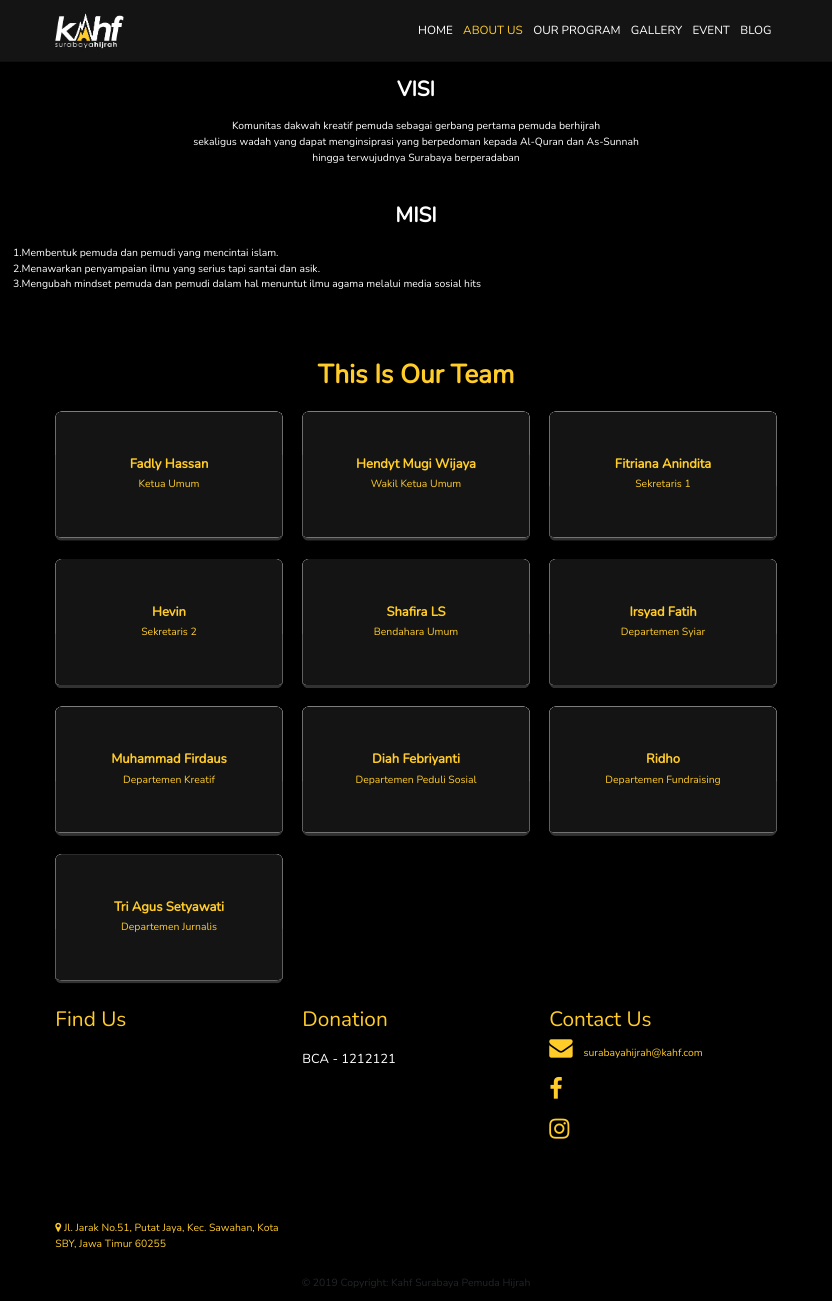
Repository: shandytp/surabaya-hijrah
Page: http://localhost/about.php
An editor plug-in stored every save of this project. The page is shown before and after the next save, followed by the edit.
The browser window is 1280 px wide. The pictures show the whole page, at 65% of full size.
Pictures or frames that could not be fetched are drawn as grey boxes. Some web libraries are served in a nearby version. The page is run by PHP 8.4 with error messages shown; the project is at /var/www/html/.

Above is the page before, as saved 2019-08-20 14:26:16.
Console error: TypeError: Cannot read properties of undefined (reading 'fn')

### about.php
<!-- Tim IT Surabaya Hijrah
- Wisnu Aria Y (Project Leader & Front End Developer)
- Moch Shandy Tsalasa Putra (Front End Developer)
- Aryo Budilaksono (Back End Developer)
- Kelvin Adji Pangestu (Back End Developer)
-->

<!DOCTYPE html>
<html lang="en">
<head>
    <meta charset="UTF-8">
    <meta name="author" content="Wisnu Aria Y,Moch Shandy Tsalasa Putra">
    <meta name="viewport" content="width=device-width, initial-scale=1.0">
    <meta http-equiv="X-UA-Compatible" content="ie=edge">
    <!-- Favicon -->

    <link rel="shortcut icon" href="pictures/kahf.png" type="image/x-icon">
    <link rel="icon" href="pictures/favicon.ico" type="image/x-icon">

    <!-- Source CDN (Content Delivery Network) -->

    <!-- Navbar Bootstrap -->
    <link rel="stylesheet" href="https://maxcdn.bootstrapcdn.com/bootstrap/4.0.0-beta/css/bootstrap.min.css" integrity="sha384-/Y6pD6FV/Vv2HJnA6t+vslU6fwYXjCFtcEpHbNJ0lyAFsXTsjBbfaDjzALeQsN6M" crossorigin="anonymous">
    <script src="//maxcdn.bootstrapcdn.com/bootstrap/4.0.0/js/bootstrap.min.js"></script>
    <script src="//code.jquery.com/jquery-1.11.1.min.js"></script>

    <!-- Icon-icon -->
    <link rel="stylesheet" href="https://stackpath.bootstrapcdn.com/font-awesome/4.7.0/css/font-awesome.min.css">

    <!-- About Us -->


    <!-- Main CSS -->
    <link rel="stylesheet" href="css/main.css">

    <!-- Title -->
    <title>About Us</title>
</head>
<body>
    <!-- Navbar -->
<header>
       <nav class="navbar navbar-expand-lg navbar-light bg-dark text-light py-3 main-nav">
          <div class="container">
            <a class="navbar-brand " href="index.php"><img src="pictures/kahflogo.png" width="105" height="52.5" alt="Kahf Logo"></a>
              <button class="navbar-toggler" type="button" data-toggle="collapse" data-target="#navbarSupportedContent" aria-controls="navbarSupportedContent" aria-expanded="false" aria-label="Toggle navigation">
                <span class="navbar-toggler-icon"></span>
              </button>

              <div class="collapse navbar-collapse " id="navbarSupportedContent">
                <ul class="navbar-nav ml-auto">
                <!-- Active itu buat halaman yang sedang dikunjungi -->
                  <li class="nav-item ">
                    <a class="nav-link link-3" href="index.php">Home <span class="sr-only">(current)</span></a>
                  </li>
                  <li class="nav-item active">
                    <a class="nav-link  link-3" href="about.php">About Us</a>
                  </li>
                  <li class="nav-item ">
                    <a class="nav-link link-3" href="ourprogram.php">Our Program</a>
                  </li>
                  <li class="nav-item">
                    <a class="nav-link link-3" href="gallery.php">Gallery</a>
                  </li>
                  <li class="nav-item">
                    <a class="nav-link link-3" href="event.php">Event</a>
                  </li>
                  <li class="nav-item">
                    <a class="nav-link link-3" href="blog.php">Blog</a>
                  </li>
                </ul>
              </div>
          </div>
        </nav>
    </header>

    <!-- Optional JavaScript -->
    <!-- jQuery first, then Popper.js, then Bootstrap JS -->
    <script src="https://code.jquery.com/jquery-3.2.1.slim.min.js" integrity="sha384-KJ3o2DKtIkvYIK3UENzmM7KCkRr/rE9/Qpg6aAZGJwFDMVNA/GpGFF93hXpG5KkN" crossorigin="anonymous"></script>
    <script src="https://cdnjs.cloudflare.com/ajax/libs/popper.js/1.11.0/umd/popper.min.js" integrity="sha384-b/U6ypiBEHpOf/4+1nzFpr53nxSS+GLCkfwBdFNTxtclqqenISfwAzpKaMNFNmj4" crossorigin="anonymous"></script>
    <script src="https://maxcdn.bootstrapcdn.com/bootstrap/4.0.0-beta/js/bootstrap.min.js" integrity="sha384-h0AbiXch4ZDo7tp9hKZ4TsHbi047NrKGLO3SEJAg45jXxnGIfYzk4Si90RDIqNm1" crossorigin="anonymous"></script>

    <script src="js/navbar.js"></script>


    <!-- About Us -->
  <br>
  <h2 class="text-center" style="color:white"><strong>VISI</strong></h2>
  <div class="visi">
  <p class="text-center" style="color:white" >Komunitas dakwah kreatif pemuda sebagai gerbang pertama pemuda berhijrah
    <br> sekaligus wadah yang dapat menginsiprasi yang berpedoman kepada Al-Quran dan As-Sunnah
    <br> hingga terwujudnya Surabaya berperadaban</p>
</div>

<br>
  <h2 class="text-center" style="color:white"><strong>MISI</strong></h2>
  <div class="visi">
  <p class="text-left" style="color:white" >1.Membentuk pemuda dan pemudi yang mencintai islam.
    <br> 2.Menawarkan penyampaian ilmu yang serius tapi santai dan asik.
    <br> 3.Mengubah mindset pemuda dan pemudi dalam hal menuntut ilmu agama melalui media sosial hits</p>
</div>


  <br/>
  <div class="container">
    <h1 class="text-center">This Is Our Team</h1>
  <div class="row">

  <!--team-1-->
  <div class="col-lg-4">
  <div class="our-team-main">

  <div class="team-front">
  <h3>Fadly Hassan</h3>
  <p>Ketua Umum</p>
  </div>

  <div class="team-back">
  <span class="back-content">
  Dhif jalok tolong ojok dadi wibu koyok tepe

  </span>
    <div class="text-center">
    <!-- just add href= for your links, like this: -->
    <a href="http://facebook.com" class="btn btn-social-icon btn-facebook">
    <i class="fa fa-facebook"></i></a>
    <a href="http://instagram.com" class="btn btn-social-icon btn-instagram"><i class="fa fa-instagram"></i></a>
    <a class="btn btn-social-icon btn-linkedin"><i class="fa fa-linkedin"></i></a>

    <a class="btn btn-social-icon btn-twitter"><i class="fa fa-twitter"></i></a>

  </div>
  </div>

  </div>
  </div>
  <!--team-1-->

 <div class="col-lg-4">
  <div class="our-team-main">

  <div class="team-front">
  <h3>Hendyt Mugi Wijaya</h3>
  <p>Wakil Ketua Umum</p>
  </div>

  <div class="team-back">
  <span class="back-content">
  pengen vapor

  </span>
    <div class="text-center">
    <!-- just add href= for your links, like this: -->
    <a href="http://facebook.com" class="btn btn-social-icon btn-facebook">
    <i class="fa fa-facebook"></i></a>
    <a href="http://instagram.com" class="btn btn-social-icon btn-instagram"><i class="fa fa-instagram"></i></a>
    <a class="btn btn-social-icon btn-linkedin"><i class="fa fa-linkedin"></i></a>

    <a class="btn btn-social-icon btn-twitter"><i class="fa fa-twitter"></i></a>

  </div>
  </div>

  </div>
  </div>


  <!--team-1-->
  <div class="col-lg-4">
  <div class="our-team-main">

  <div class="team-front">
  <h3>Fitriana Anindita</h3>
  <p>Sekretaris 1</p>
  </div>

  <div class="team-back">
  <span>
  Lorem ipsum dolor sit amet, consectetuer adipiscing elit. Aenean commodo ligula eget dolor. Aenean massa. Cum sociis
  </span>
     <div class="text-center">
    <!-- just add href= for your links, like this: -->
    <a href="http://facebook.com" class="btn btn-social-icon btn-facebook">
    <i class="fa fa-facebook"></i></a>

    <a class="btn btn-social-icon btn-github"><i class="fa fa-github"></i></a>
    <a class="btn btn-social-icon btn-google-plus"><i class="fa fa-google-plus"></i></a>
    <a class="btn btn-social-icon btn-instagram"><i class="fa fa-instagram"></i></a>
    <a class="btn btn-social-icon btn-linkedin"><i class="fa fa-linkedin"></i></a>

    <a class="btn btn-social-icon btn-twitter"><i class="fa fa-twitter"></i></a>

  </div>
  </div>

  </div>
  </div>

  <!--team-1-->
  <div class="col-lg-4">
  <div class="our-team-main">

  <div class="team-front">
  <h3>Hevin</h3>
  <p>Sekretaris 2</p>
  </div>

  <div class="team-back">
  <span>
  Lorem ipsum dolor sit amet, consectetuer adipiscing elit. Aenean commodo ligula eget dolor. Aenean massa. Cum sociis
  </span>
     <div class="text-center">
    <!-- just add href= for your links, like this: -->
    <a href="http://facebook.com" class="btn btn-social-icon btn-facebook">
    <i class="fa fa-facebook"></i></a>

    <a class="btn btn-social-icon btn-github"><i class="fa fa-github"></i></a>
    <a class="btn btn-social-icon btn-google-plus"><i class="fa fa-google-plus"></i></a>
    <a class="btn btn-social-icon btn-instagram"><i class="fa fa-instagram"></i></a>
    <a class="btn btn-social-icon btn-linkedin"><i class="fa fa-linkedin"></i></a>

    <a class="btn btn-social-icon btn-twitter"><i class="fa fa-twitter"></i></a>

  </div>
  </div>

  </div>
  </div>

  <!--team-1-->
  <div class="col-lg-4">
  <div class="our-team-main">

  <div class="team-front">
  <h3>Shafira LS</h3>
  <p>Bendahara Umum</p>
  </div>

  <div class="team-back">
  <span>
  Lorem ipsum dolor sit amet, consectetuer adipiscing elit. Aenean commodo ligula eget dolor. Aenean massa. Cum sociis
  </span>
     <div class="text-center">
    <!-- just add href= for your links, like this: -->
    <a href="http://facebook.com" class="btn btn-social-icon btn-facebook">
    <i class="fa fa-facebook"></i></a>

    <a class="btn btn-social-icon btn-github"><i class="fa fa-github"></i></a>
    <a class="btn btn-social-icon btn-google-plus"><i class="fa fa-google-plus"></i></a>
    <a class="btn btn-social-icon btn-instagram"><i class="fa fa-instagram"></i></a>
    <a class="btn btn-social-icon btn-linkedin"><i class="fa fa-linkedin"></i></a>

    <a class="btn btn-social-icon btn-twitter"><i class="fa fa-twitter"></i></a>

  </div>
  </div>

  </div>
  </div>

  <!--team-1-->
  <div class="col-lg-4">
  <div class="our-team-main">

  <div class="team-front">
  <h3>Irsyad Fatih</h3>
  <p>Departemen Syiar</p>
  </div>

  <div class="team-back">
  <span>
  Lorem ipsum dolor sit amet, consectetuer adipiscing elit. Aenean commodo ligula eget dolor. Aenean massa. Cum sociis
  </span>
     <div class="text-center">
    <!-- just add href= for your links, like this: -->
    <a href="http://facebook.com" class="btn btn-social-icon btn-facebook">
    <i class="fa fa-facebook"></i></a>

    <a class="btn btn-social-icon btn-github"><i class="fa fa-github"></i></a>
    <a class="btn btn-social-icon btn-google-plus"><i class="fa fa-google-plus"></i></a>
    <a class="btn btn-social-icon btn-instagram"><i class="fa fa-instagram"></i></a>
    <a class="btn btn-social-icon btn-linkedin"><i class="fa fa-linkedin"></i></a>

    <a class="btn btn-social-icon btn-twitter"><i class="fa fa-twitter"></i></a>

  </div>
  </div>

  </div>
  </div>

  <!--team-1-->
  <div class="col-lg-4">
  <div class="our-team-main">

  <div class="team-front">
  <h3>Muhammad Firdaus</h3>
  <p>Departemen Kreatif</p>
  </div>

  <div class="team-back">
  <span>
  Lorem ipsum dolor sit amet, consectetuer adipiscing elit. Aenean commodo ligula eget dolor. Aenean massa. Cum sociis
  </span>
     <div class="text-center">
    <!-- just add href= for your links, like this: -->
    <a href="http://facebook.com" class="btn btn-social-icon btn-facebook">
    <i class="fa fa-facebook"></i></a>

    <a class="btn btn-social-icon btn-github"><i class="fa fa-github"></i></a>
    <a class="btn btn-social-icon btn-google-plus"><i class="fa fa-google-plus"></i></a>
    <a class="btn btn-social-icon btn-instagram"><i class="fa fa-instagram"></i></a>
    <a class="btn btn-social-icon btn-linkedin"><i class="fa fa-linkedin"></i></a>

    <a class="btn btn-social-icon btn-twitter"><i class="fa fa-twitter"></i></a>

  </div>
  </div>

  </div>
  </div>

  <!--team-1-->
  <div class="col-lg-4">
  <div class="our-team-main">

  <div class="team-front">
  <h3>Diah Febriyanti</h3>
  <p>Departemen Peduli Sosial</p>
  </div>

  <div class="team-back">
  <span>
  Lorem ipsum dolor sit amet, consectetuer adipiscing elit. Aenean commodo ligula eget dolor. Aenean massa. Cum sociis
  </span>
     <div class="text-center">
    <!-- just add href= for your links, like this: -->
    <a href="http://facebook.com" class="btn btn-social-icon btn-facebook">
    <i class="fa fa-facebook"></i></a>

    <a class="btn btn-social-icon btn-github"><i class="fa fa-github"></i></a>
    <a class="btn btn-social-icon btn-google-plus"><i class="fa fa-google-plus"></i></a>
    <a class="btn btn-social-icon btn-instagram"><i class="fa fa-instagram"></i></a>
    <a class="btn btn-social-icon btn-linkedin"><i class="fa fa-linkedin"></i></a>

    <a class="btn btn-social-icon btn-twitter"><i class="fa fa-twitter"></i></a>

  </div>
  </div>

  </div>
  </div>

  <!--team-1-->
  <div class="col-lg-4">
  <div class="our-team-main">

  <div class="team-front">
  <h3>Ridho</h3>
  <p>Departemen Fundraising</p>
  </div>

  <div class="team-back">
  <span>
  Lorem ipsum dolor sit amet, consectetuer adipiscing elit. Aenean commodo ligula eget dolor. Aenean massa. Cum sociis
  </span>
     <div class="text-center">
    <!-- just add href= for your links, like this: -->
    <a href="http://facebook.com" class="btn btn-social-icon btn-facebook">
    <i class="fa fa-facebook"></i></a>

    <a class="btn btn-social-icon btn-github"><i class="fa fa-github"></i></a>
    <a class="btn btn-social-icon btn-google-plus"><i class="fa fa-google-plus"></i></a>
    <a class="btn btn-social-icon btn-instagram"><i class="fa fa-instagram"></i></a>
    <a class="btn btn-social-icon btn-linkedin"><i class="fa fa-linkedin"></i></a>

    <a class="btn btn-social-icon btn-twitter"><i class="fa fa-twitter"></i></a>

  </div>
  </div>

  </div>
  </div>

  <!--team-1-->
  <div class="col-lg-4">
  <div class="our-team-main">

  <div class="team-front">
  <h3>Tri Agus Setyawati</h3>
  <p>Departemen Jurnalis</p>
  </div>

  <div class="team-back">
  <span>
  Lorem ipsum dolor sit amet, consectetuer adipiscing elit. Aenean commodo ligula eget dolor. Aenean massa. Cum sociis
  </span>
     <div class="text-center">
    <!-- just add href= for your links, like this: -->
    <a href="http://facebook.com" class="btn btn-social-icon btn-facebook">
    <i class="fa fa-facebook"></i></a>

    <a class="btn btn-social-icon btn-github"><i class="fa fa-github"></i></a>
    <a class="btn btn-social-icon btn-google-plus"><i class="fa fa-google-plus"></i></a>
    <a class="btn btn-social-icon btn-instagram"><i class="fa fa-instagram"></i></a>
    <a class="btn btn-social-icon btn-linkedin"><i class="fa fa-linkedin"></i></a>

    <a class="btn btn-social-icon btn-twitter"><i class="fa fa-twitter"></i></a>

  </div>
  </div>

  </div>
  </div>

</div>
<!--     row end -->
</div>
<!-- container end -->

<!-- Footer -->
<footer>
        <div class="container">
          <div class="row">
            <div class="col-md-8 col-sm-8">
              <div class="row footer-menu">
                <!-- Find Us Location -->
                <div class="col-md-6 col-xs-12">
                  <h2 class="footer">
                    Find Us
                  </h2>
                    <div class="embed-responsive embed-responsive-4by3">
                      <iframe src="https://www.google.com/maps/embed?pb=!1m18!1m12!1m3!1d3957.6525253721115!2d112.71829691354493!3d-7.2803191735654424!2m3!1f0!2f0!3f0!3m2!1i1024!2i768!4f13.1!3m3!1m2!1s0x2dd7fba2c2498407%3A0xcd27f60f463c0dfd!2sRuang+Harapan-Kahf+Surabaya+Hijrah!5e0!3m2!1sid!2sid!4v1565593698302!5m2!1sid!2sid" width="425" height="350" frameborder="0" style="border:0" allowfullscreen>
                      </iframe>
                    </div>
                    <a href="https://g.page/surabayahijrah?share"
                        target="_blank"><i class="fa fa-map-marker" aria-hidden="true"></i> Jl. Jarak No.51, Putat Jaya, Kec. Sawahan, Kota SBY, Jawa Timur 60255</a>
                </div>
                <div class="col-md-6 col-xs-12">
                  <h2 class="footer">Donation</h2>
                  <br>
                  <h5>BCA - 1212121</h5>
                </div>
              </div>
            </div>
            <div class="col-md-4 col-sm-4">
              <h2 class="footer">Contact Us</h2>
              <ul class="follow-us clearfix">
                  <li><a href="#"><i class="fa fa-envelope" aria-hidden="true" style="font-size:36px"></i>&nbsp;&nbsp;&nbsp;&nbsp;surabayahijrah@kahf.com</a><a href="#"></a></li>
                  <br>
                  <li><a href="#"><i class="fa fa-facebook" aria-hidden="true" style="font-size:36px"></i></a></li>
                  <br>
                  <li><a href="#"><i class="fa fa-instagram" aria-hidden="true" style="font-size:36px"></i></a></li>
            </ul>
            </div>
          </div>
        </div>

          <!-- Copyright -->
        <div class="footer-copyright text-center py-3">© 2019 Copyright: Kahf Surabaya Pemuda Hijrah</div>
  <!-- Copyright -->
</footer>
</body>
</html>

Loaded but not shown: js/navbar.js (11 lines, source omitted); css/main.css (470 lines, source omitted)

After the next save:
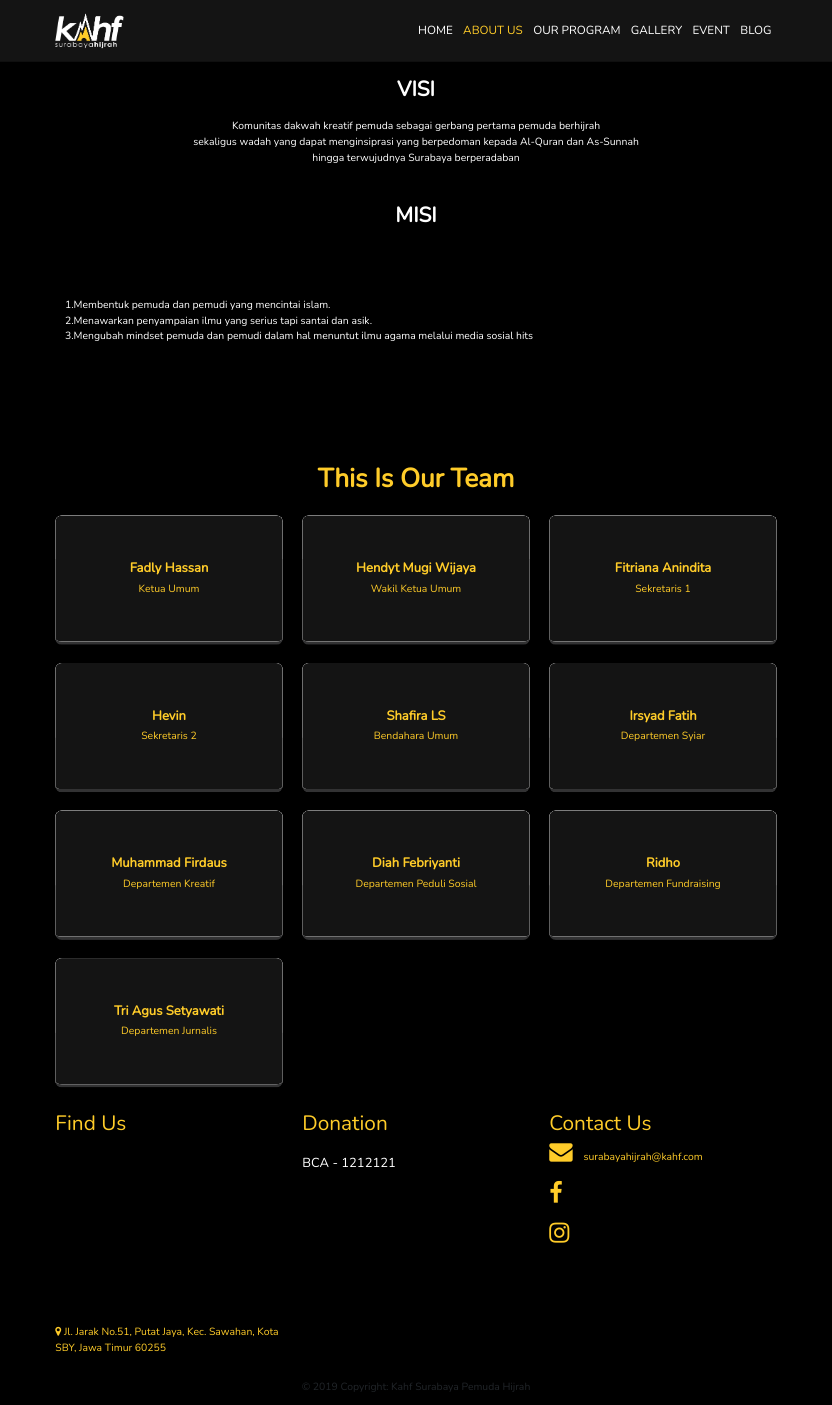
Saved 11 s later.
--- a/about.php
+++ b/about.php
@@ -93,7 +93,7 @@
 
 <br>
   <h2 class="text-center" style="color:white"><strong>MISI</strong></h2>
-  <div class="visi">
+  <div class="misi">
   <p class="text-left" style="color:white" >1.Membentuk pemuda dan pemudi yang mencintai islam.
     <br> 2.Menawarkan penyampaian ilmu yang serius tapi santai dan asik.
     <br> 3.Mengubah mindset pemuda dan pemudi dalam hal menuntut ilmu agama melalui media sosial hits</p>
